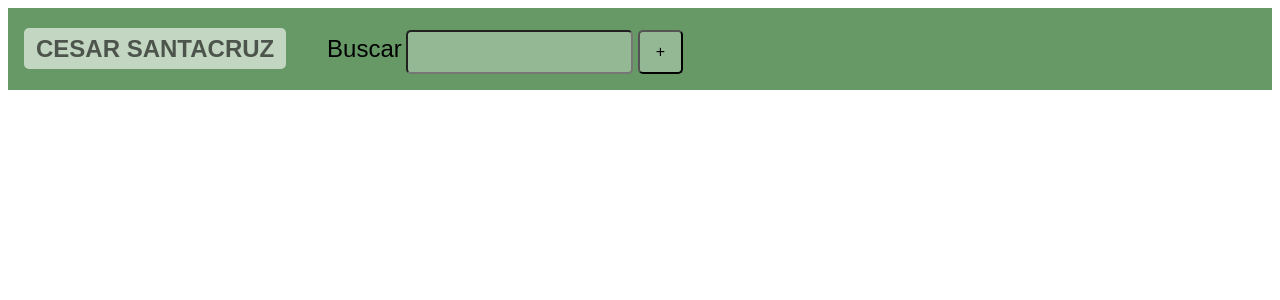
Repository: cesarsant0203/My_Study
Page: Introducción al desarrollo web/2-Css/2.7-colores_en_css3.html
The author's editor kept a copy of each file at every save. The page is drawn from the files as they stood at one save, then again after a run of saves.
The browser window is 1280 px wide. The pictures show the whole page.
The pointer rests on the first visible `a`.

Above is the page before, as saved 2020-04-29 10:07:22.

### Introducción al desarrollo web/2-Css/2.7-colores_en_css3.html
<!DOCTYPE html>
<html lang="es">
    <head>
        <meta charset="utf-8"/>
        <title>Colores en CSS3</title>
        <link href="2.7-colores_en_css3.css" rel="stylesheet"/>
    </head>
    <body>
        <header>
            <h1>
                <a href="#">CESAR SANTACRUZ</a>
            </h1>
            <form action="">
                <label for="buscar">Buscar</label>
                <input type="text" id="buscar">
                <button>+</button>
            </form>

        </header>
    </body>
</html>

### Introducción al desarrollo web/2-Css/2.7-colores_en_css3.css
body {
    font-family: Arial, Helvetica, sans-serif;
    line-height: 1.4;
}

header {
    background: #696;
    padding: 1em;
}
h1 {
    display: inline;
}
a{
    font-size: 24px;
    font-weight: bold;
    color: rgba(0, 0, 0, 0.609);
    text-decoration: none;
    padding: 0.3em 0.5em;
    border-radius: 5px;
    background-color: rgba(255, 255, 255, 0.602);
    transition: background-color is linear;
}
form {
    display: inline;
    margin-left: auto;
    padding-left: 2em;
    width: 100%;
}
label {
    font-size: 24px;
}
input {
    padding: 0.7em 0.5em;
}
button {
    padding: 0.7em 1em;
    cursor: pointer;
}
input, button {
    font-size: 16px;
    color: black;
    border-radius: 5px;
    background-color: rgba(255, 255, 255, 0.301);
}

a:hover, input:hover, button:hover, a:focus, input:focus, button:focus {
    bac
}

After the next 3 saves:
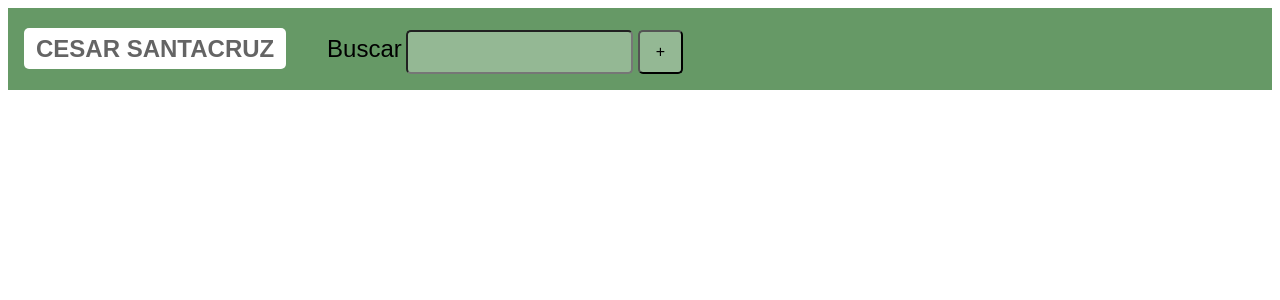
The 3 saves are shown as one change because they came seconds apart.
The last was saved 10 s later.
--- a/Introducción al desarrollo web/2-Css/2.7-colores_en_css3.css
+++ b/Introducción al desarrollo web/2-Css/2.7-colores_en_css3.css
@@ -44,5 +44,5 @@ input, button {
 }
 
 a:hover, input:hover, button:hover, a:focus, input:focus, button:focus {
-    bac
+    background-color: #fff;
 }
